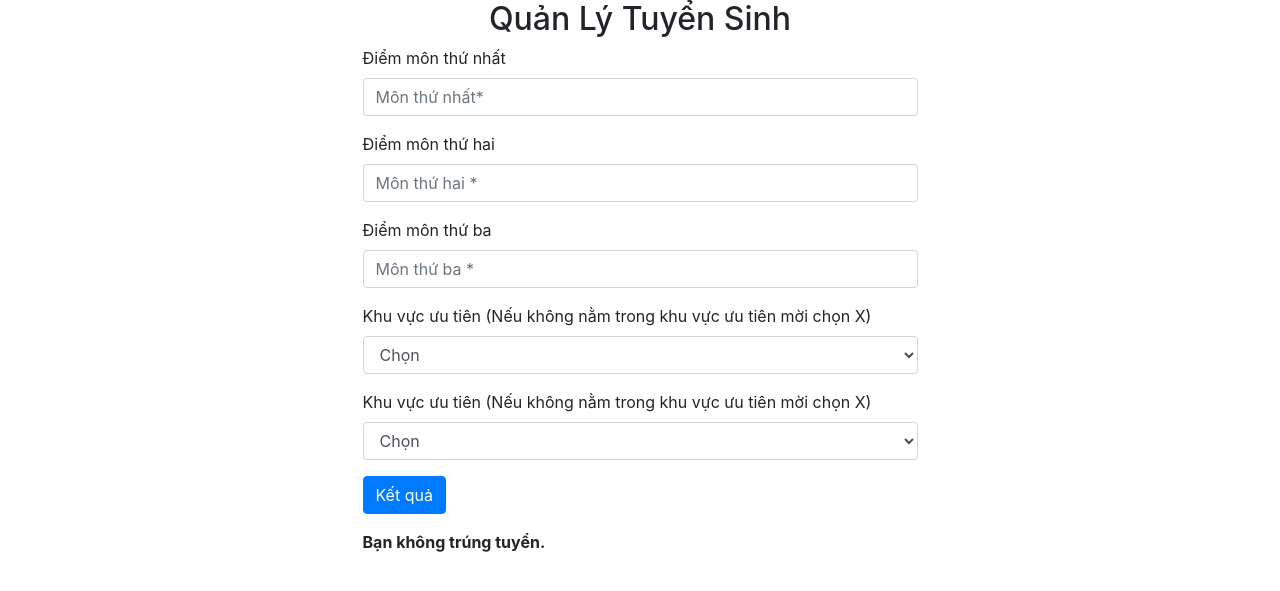
Repository: dovanthao2404/BC14_BaiTap_JS_Buoi_5_dovanthao
Page: html/bai1.html
The author's editor kept a copy of each file at every save. The page is drawn from the files as they stood at one save, then again after the next save.
The browser window is 1280 px wide. The pictures show the whole page.

Above is the page before, as saved 2021-07-03 20:23:39.

### html/bai1.html
<!DOCTYPE html>
<html lang="en">

<head>
  <meta charset="UTF-8">
  <meta http-equiv="X-UA-Compatible" content="IE=edge">
  <meta name="viewport" content="width=device-width, initial-scale=1.0">
  <title>Document</title>

  <link rel="stylesheet" href="https://cdn.jsdelivr.net/npm/bootstrap@4.6.0/dist/css/bootstrap.min.css"
    integrity="sha384-B0vP5xmATw1+K9KRQjQERJvTumQW0nPEzvF6L/Z6nronJ3oUOFUFpCjEUQouq2+l" crossorigin="anonymous">
</head>

<body>

  <div class="container">
    <div class="admissions-manager">
      <form class="w-50 mx-auto">
        <h2 class="text-center">Quản Lý Tuyển Sinh</h2>
        <div class="form-group">
          <label for="scores-1">Điểm môn thứ nhất</label>
          <input class="form-control" type="text" placeholder="Môn thứ nhất*" id="scores-1">
          <span class="text-danger"></span>
        </div>
        <div class="form-group">
          <label for="scores-2">Điểm môn thứ hai</label>
          <input class="form-control" type="text" placeholder="Môn thứ hai *" id="scores-2">
          <span></span>
        </div>
        <div class="form-group">
          <label for="scores-3">Điểm môn thứ ba</label>
          <input class="form-control" type="text" placeholder="Môn thứ ba *" id="scores-3">
          <span></span>
        </div>
        <div class="form-group">

        </div>
        <div class="form-group">
          <label for="areaScores">Khu vực ưu tiên (Nếu không nằm trong khu vực ưu tiên mời chọn X)</label>
          <select class="form-control" id="area">
            <option selected>Chọn</option>
            <option>A</option>
            <option>B</option>
            <option>C</option>
            <option>X</option>
          </select>
          <span></span>
        </div>
        <div class="form-group">
          <label for="areaScores">Khu vực ưu tiên (Nếu không nằm trong khu vực ưu tiên mời chọn X)</label>
          <select class="form-control" id="area">
            <option selected>Chọn</option>
            <option>A</option>
            <option>B</option>
            <option>C</option>
            <option>X</option>
          </select>
          <span></span>
        </div>
        <button id="result" type="button" class="btn btn-primary">Kết quả</button>
      </form>
      <div class="mt-3 w-50 mx-auto">
        <b id="showResult">Bạn không trúng tuyển.</b>
      </div>
    </div>
  </div>
</body>

</html>

After the next save:
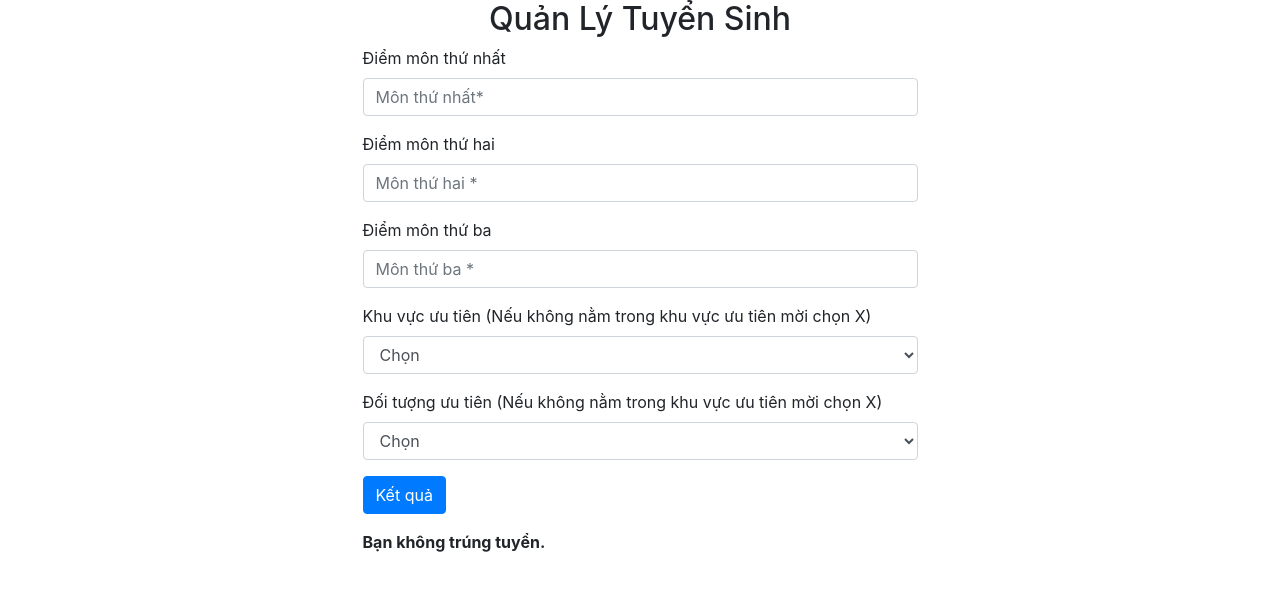
Saved 19 s later.
--- a/html/bai1.html
+++ b/html/bai1.html
@@ -47,7 +47,7 @@
           <span></span>
         </div>
         <div class="form-group">
-          <label for="areaScores">Khu vực ưu tiên (Nếu không nằm trong khu vực ưu tiên mời chọn X)</label>
+          <label for="areaScores">Đối tượng ưu tiên (Nếu không nằm trong khu vực ưu tiên mời chọn X)</label>
           <select class="form-control" id="area">
             <option selected>Chọn</option>
             <option>A</option>
